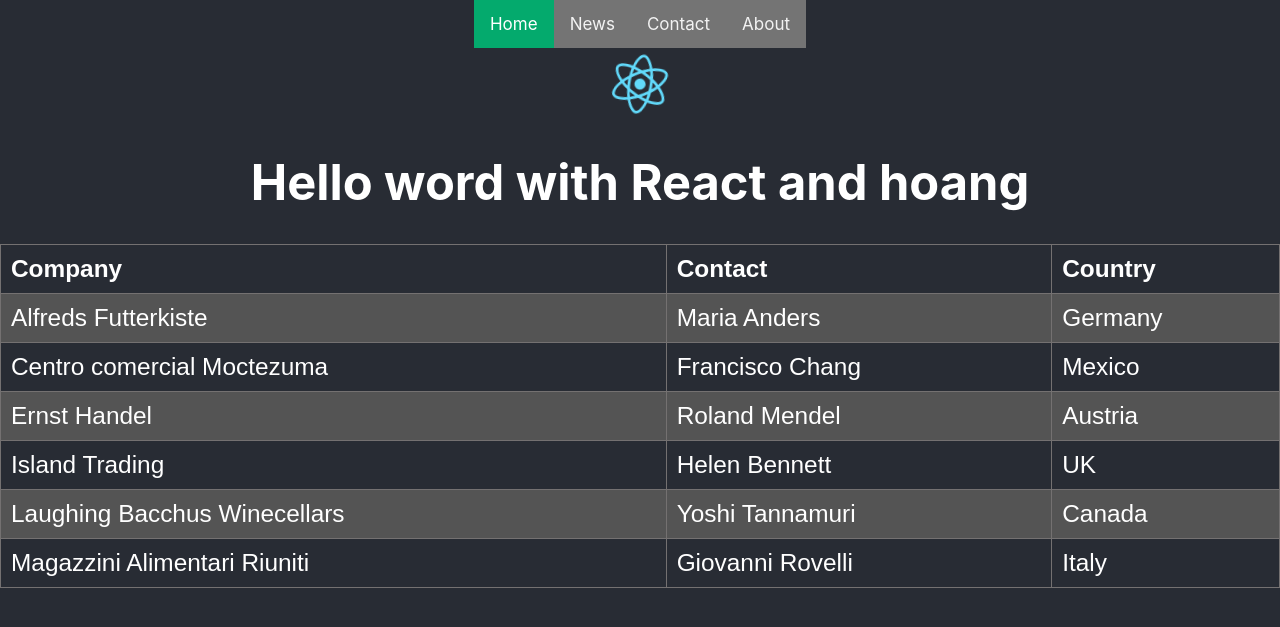
Repository: hoang0508/ReactJsHookBasic
Page: /todo
The author's editor kept a copy of each file at every save. The page is drawn from the files as they stood at one save, then again after the next save.
The browser window is 1280 px wide. The pictures show the whole page.
The project was rebuilt for these pictures with package versions that can differ from the ones it lists, and the page was loaded fresh each time. Also part of the build but not shown: src/views/Todo.js.

Above is the page before, as saved 2021-11-11 22:40:41.

After the next save:
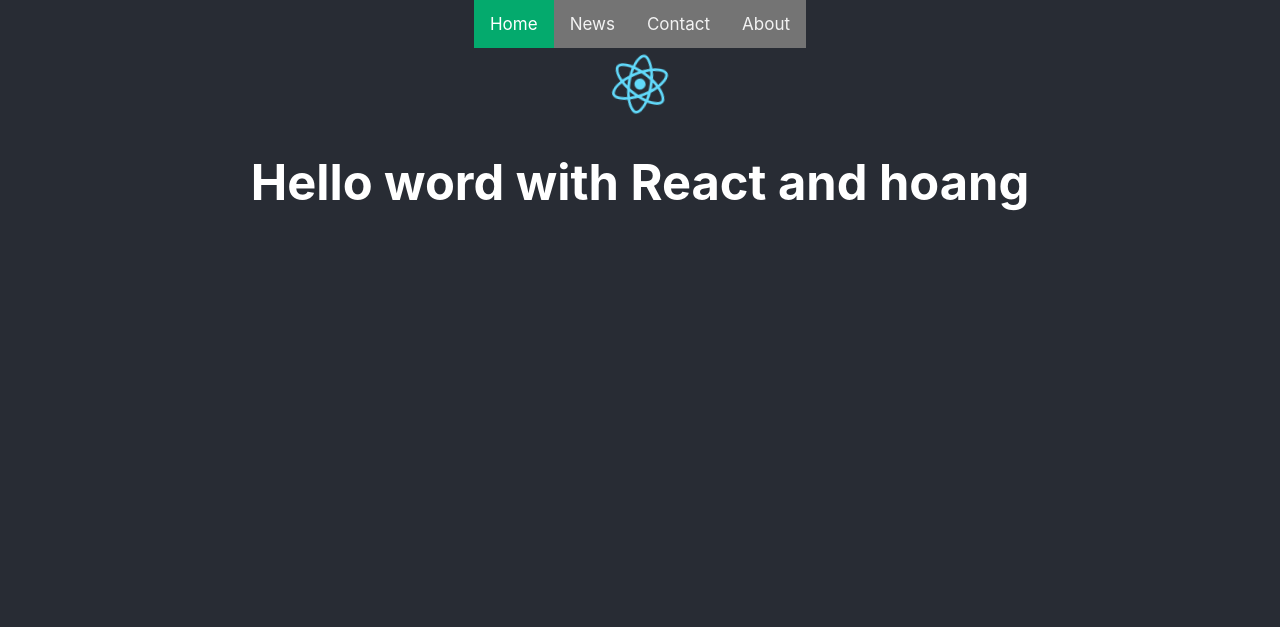
Saved 30 s later.
--- a/src/App.js
+++ b/src/App.js
@@ -57,43 +57,6 @@
         <Nav />
         <img src={logo} className="App-logo" alt="logo" />
         <h1>Hello word with React and {name}</h1>
-        <table>
-          <tr>
-            <th>Company</th>
-            <th>Contact</th>
-            <th>Country</th>
-          </tr>
-          <tr>
-            <td>Alfreds Futterkiste</td>
-            <td>Maria Anders</td>
-            <td>Germany</td>
-          </tr>
-          <tr>
-            <td>Centro comercial Moctezuma</td>
-            <td>Francisco Chang</td>
-            <td>Mexico</td>
-          </tr>
-          <tr>
-            <td>Ernst Handel</td>
-            <td>Roland Mendel</td>
-            <td>Austria</td>
-          </tr>
-          <tr>
-            <td>Island Trading</td>
-            <td>Helen Bennett</td>
-            <td>UK</td>
-          </tr>
-          <tr>
-            <td>Laughing Bacchus Winecellars</td>
-            <td>Yoshi Tannamuri</td>
-            <td>Canada</td>
-          </tr>
-          <tr>
-            <td>Magazzini Alimentari Riuniti</td>
-            <td>Giovanni Rovelli</td>
-            <td>Italy</td>
-          </tr>
-        </table>
         {/* <Todo
           todos={todos}
           title={"All todos"}

After the 3 saves that followed:
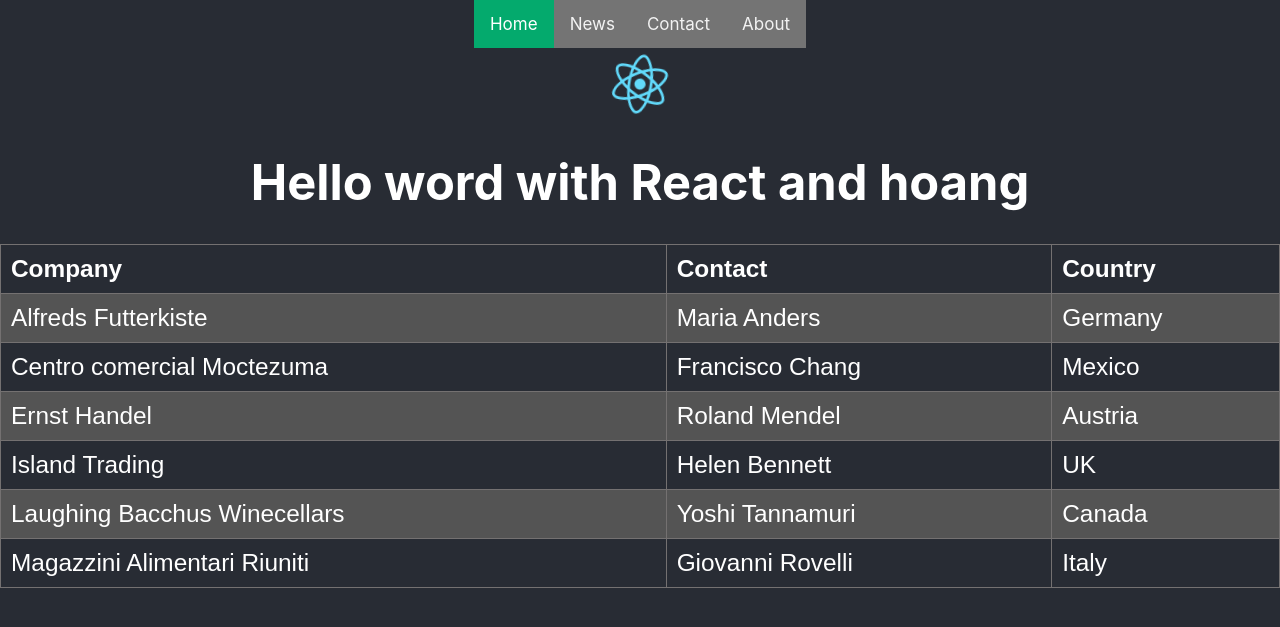
The 3 saves are shown as one change because 2 left the picture as it was.
The last was saved 40 s later.
--- a/src/App.js
+++ b/src/App.js
@@ -3,6 +3,7 @@
 import Nav from "./views/Nav";
 import { useState, useEffect } from "react";
 import Todo from "./views/Todo";
+import Covid from "./views/covid";
 // template + logic
 // JSX
 // babel
@@ -57,6 +58,7 @@
         <Nav />
         <img src={logo} className="App-logo" alt="logo" />
         <h1>Hello word with React and {name}</h1>
+        <Covid />
         {/* <Todo
           todos={todos}
           title={"All todos"}
--- a/src/views/covid.js
+++ b/src/views/covid.js
@@ -1,3 +1,43 @@
-const Covid = () => {};
+const Covid = () => {
+  return (
+    <table>
+      <tr>
+        <th>Company</th>
+        <th>Contact</th>
+        <th>Country</th>
+      </tr>
+      <tr>
+        <td>Alfreds Futterkiste</td>
+        <td>Maria Anders</td>
+        <td>Germany</td>
+      </tr>
+      <tr>
+        <td>Centro comercial Moctezuma</td>
+        <td>Francisco Chang</td>
+        <td>Mexico</td>
+      </tr>
+      <tr>
+        <td>Ernst Handel</td>
+        <td>Roland Mendel</td>
+        <td>Austria</td>
+      </tr>
+      <tr>
+        <td>Island Trading</td>
+        <td>Helen Bennett</td>
+        <td>UK</td>
+      </tr>
+      <tr>
+        <td>Laughing Bacchus Winecellars</td>
+        <td>Yoshi Tannamuri</td>
+        <td>Canada</td>
+      </tr>
+      <tr>
+        <td>Magazzini Alimentari Riuniti</td>
+        <td>Giovanni Rovelli</td>
+        <td>Italy</td>
+      </tr>
+    </table>
+  );
+};
 
 export default Covid;
